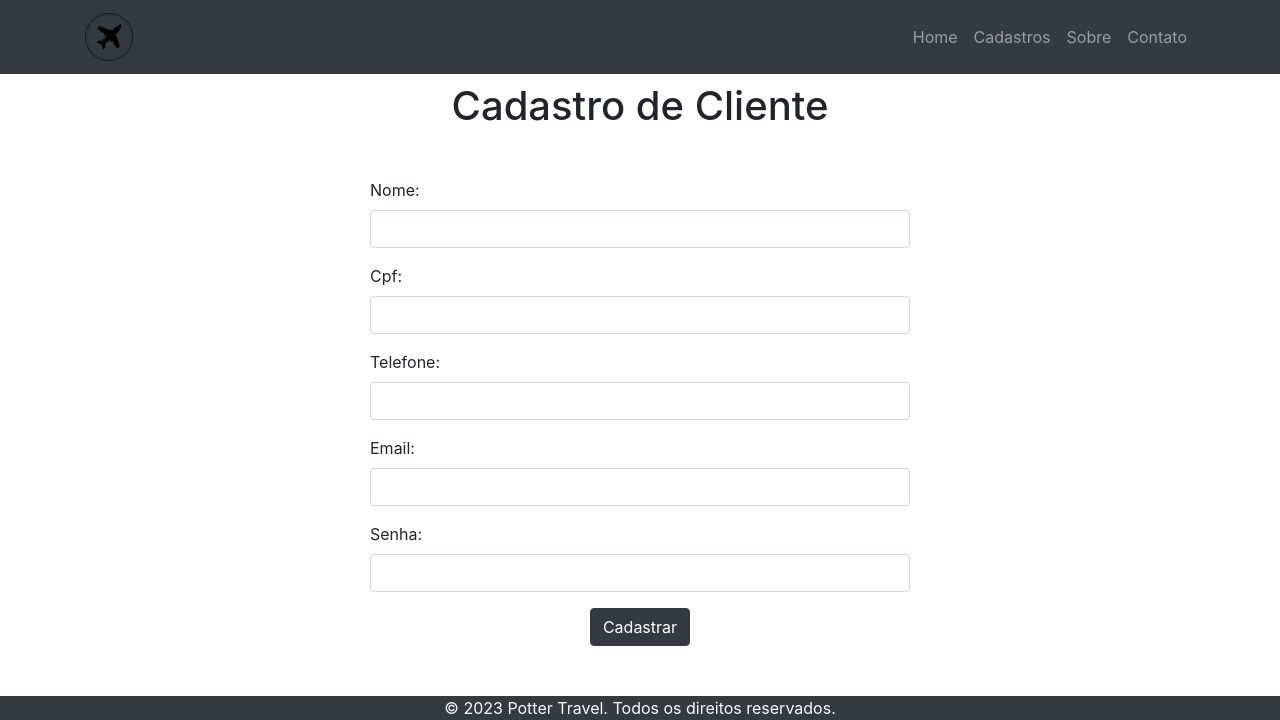
Repository: marcelledssantos/PotterTravel-MVC
Page: http://localhost/PotterTravel-MVC/cadastro.jsp
These files come from the project's save history. The page is drawn as it stood at one moment and after the next save; the edit follows.
The browser window is 1280 px wide. The pictures show the whole page.
Some web libraries are served in a nearby version. The page is served by Tomcat 9. Other server files are loaded and not shown.

Above is the page before, as saved 2023-11-02 23:50:41.

### PotterTravel-MVC/src/main/webapp/cadastro.jsp
<%@ page language="java" contentType="text/html; charset=UTF-8"
	pageEncoding="UTF-8"%>
<!DOCTYPE html>
<html>
<head>
<meta charset="UTF-8">

<link rel="stylesheet" href="https://maxcdn.bootstrapcdn.com/bootstrap/4.5.2/css/bootstrap.min.css">
<title>Create</title>
</head>
<body>
    <!-- Cabeçalho -->
    <header>
       <nav class="navbar navbar-expand-lg navbar-dark  bg-dark text-light">
            <div class="container">
                <a class="navbar-brand" href="#"><img src="./Icon/aviao.png"height="48px"></a>
                <button class="navbar-toggler" type="button" data-toggle="collapse" data-target="#navbarNav" aria-controls="navbarNav" aria-expanded="false" aria-label="Toggle navigation">
                    <span class="navbar-toggler-icon"></span>
                </button>
                <div class="collapse navbar-collapse" id="navbarNav">
                    <ul class="navbar-nav ml-auto">
                        <li class="nav-item">
                            <a class="nav-link" href="index.html">Home</a>
                        </li>
                        <li class="nav-item">
                            <a class="nav-link" href="./ReadController">Cadastros</a>
                        </li>
                        <li class="nav-item">
                            <a class="nav-link" href="#">Sobre</a>
                        </li>
                        <li class="nav-item">
                            <a class="nav-link" href="#">Contato</a>
                        </li>
                    </ul>
                </div>
            </div>
        </nav>
    </header>
	<div class="container">
		<div class="row justify-content-center">
			<div class="col-md-6">
				<h1 class="mt-2 text-center" >Cadastro de Cliente</h1>
				<form class="mt-5" action="CreateController" method="post">
					<div class="form-group">
						<label for="nome">Nome:</label> <input type="text"
							class="form-control" id="nome" name="nome" required>
					</div>
					<div class="form-group">
						<label for="nome">Cpf:</label> <input type="text"
							class="form-control" id="cpf" name="cpf" required>
					</div>
					<div class="form-group">
						<label for="nome">Telefone:</label> <input type="text"
							class="form-control" id="telefone" name="telefone" required>
					</div>

					<div class="form-group">
						<label for="login">Email:</label> <input type="email"
							class="form-control" id="email" name="email" required>
					</div>
					<div class="form-group">
						<label for="senha">Senha:</label> <input type="password"
							class="form-control" id="senha" name="senha" required>
					</div>
					<div class="col-12 text-center">
					<button type="submit" class="btn btn-dark mx auto">Cadastrar</button>
					</div>
				</form>
			</div>
		</div>
	</div>

	 <footer class="bg-dark text-light text-center mt -5 fixed-bottom">
        &copy; 2023 Potter Travel. Todos os direitos reservados.
    </footer>
	 <!-- Rodapé -->


	<!-- Inclua os scripts do Bootstrap via CDN -->
	<script src="https://code.jquery.com/jquery-3.5.1.slim.min.js"></script>
	<script
		src="https://cdn.jsdelivr.net/npm/@popperjs/core@2.5.3/dist/umd/popper.min.js"></script>
	<script
		src="https://maxcdn.bootstrapcdn.com/bootstrap/4.5.2/js/bootstrap.min.js"></script>

</body>
</html>

After the next save:
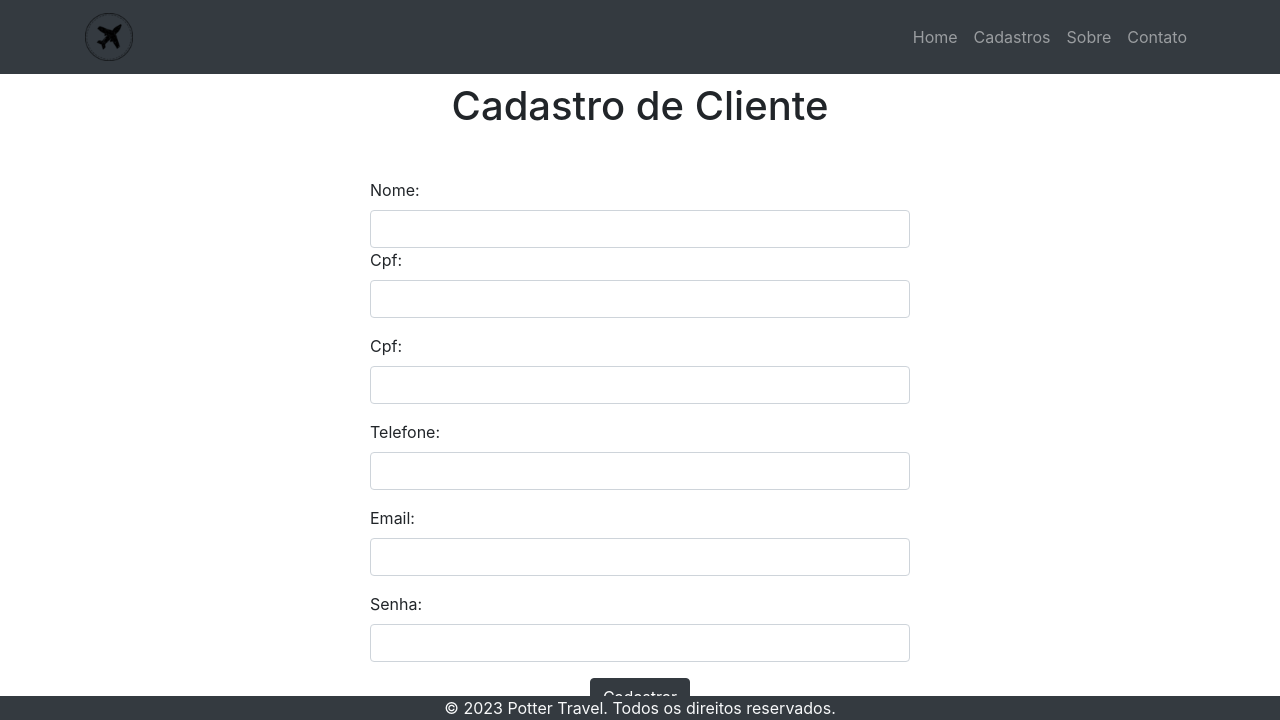
Saved 37 s later.
--- a/PotterTravel-MVC/src/main/webapp/cadastro.jsp
+++ b/PotterTravel-MVC/src/main/webapp/cadastro.jsp
@@ -44,6 +44,8 @@
 					<div class="form-group">
 						<label for="nome">Nome:</label> <input type="text"
 							class="form-control" id="nome" name="nome" required>
+								<label for="nome">Cpf:</label> <input type="text"
+							class="form-control" id="cpf" name="cpf" required>
 					</div>
 					<div class="form-group">
 						<label for="nome">Cpf:</label> <input type="text"
